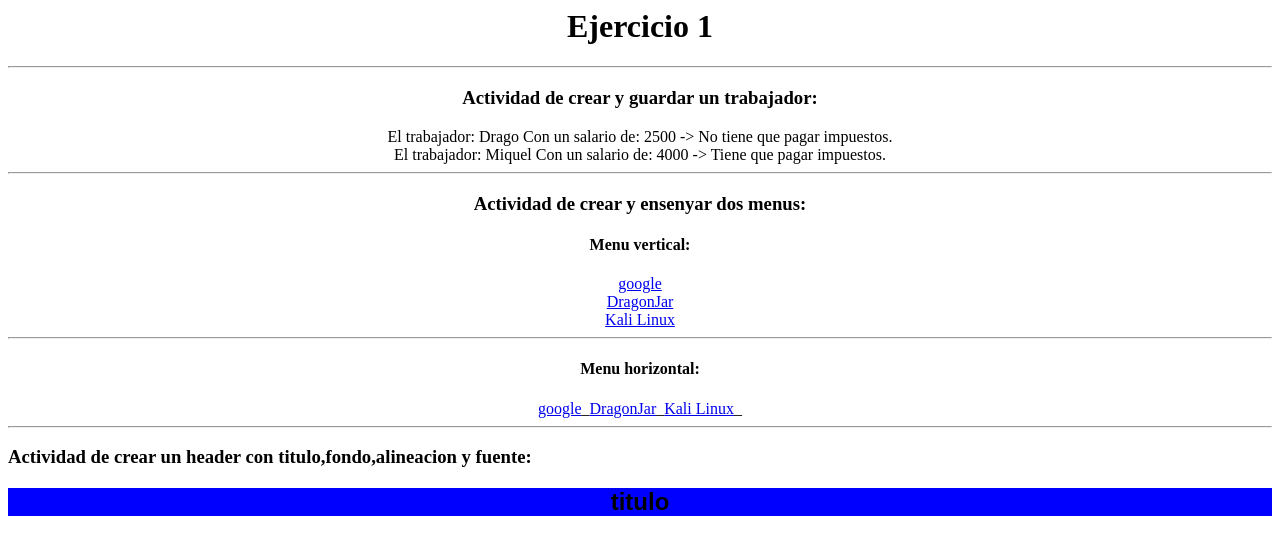
Repository: IlDragoDoro/atomClass
Page: http://localhost/ejercicio1.php
These files come from the project's save history. The page is drawn as it stood at one moment and after the next save; the edit follows.
The browser window is 1280 px wide. The pictures show the whole page.
The page is run by PHP 8.4 with error messages shown; the project is at /var/www/html/.

Above is the page before, as saved 2020-12-03 11:29:48.

### DWS/POO/ejercicio1.php
 <?php
echo "<center>";
// Creo la clase trabajador
class Trabajador
{

    // Creo los atributos:
    public $nombre = array();
    public $salario = array();

    public function guardar($nombre,$salario)
    {
        $this->nombre[] = $nombre;
        $this->salario[] = $salario;
    }

    public function mostrar()
    {
        for($i = 0; $i < count($this->nombre);$i++){
            $this->formato($this->nombre[$i], $this->salario[$i]);
        }

    }

    public function formato($nombre, $salario)
    {

        if ($salario < 3500) {
            echo "El trabajador: " . $nombre . " Con un salario de: " . $salario . " -> No tiene que pagar impuestos.<br>";
        } else {
            echo "El trabajador: " . $nombre . " Con un salario de: " . $salario . " -> Tiene que pagar impuestos.<br>";
        }
    }
}
echo "<h1>Ejercicio 1</h1>";
echo "<hr>";
echo "<h3>Actividad de crear y guardar un trabajador:</h3>";
$trabajador = new Trabajador(); // Creamos un trabajador
$trabajador->guardar("Drago", 2500);
$trabajador->guardar("Miquel", 4000);
$trabajador->mostrar();
echo "<hr>";

//-------------------------------------------------------------------------------------------------------------------------------
//Creo una clase navegar:
class navegar{
    private $enlaces=array();
    private $titulos=array();
//Creo la funcion para guardar las opciones
    public function guardar($enlace,$titulo){
        $this->enlaces[]=$enlace;
        $this->titulos[]=$titulo;
    }
//Creo la funcion para mostrar el men� horizontal
    public function horizontal(){
        for($i=0;$i<count($this->enlaces);$i++){
           echo '<a href="'.$this->enlaces[$i].'">'.$this->titulos[$i].'</a>' ;
           echo "_";
        }
    }
//Creo la funcion para mostrar el men� vertical
    public function vertical(){
        for($i=0;$i<count($this->enlaces);$i++){
            echo '<a href="'.$this->enlaces[$i].'">'.$this->titulos[$i].'</a>' ;
            echo "<br>";
        }
    }
}

//Creo el objeto menu
$navegar1=new Navegar();
//Guardo los atributos del objeto
$navegar1->guardar("www.google.es","google");
$navegar1->guardar("www.dragonjar.org","DragonJar");
$navegar1->guardar("www.kali.ork","Kali Linux");

//Muestro los dos menus:
echo "<h3>Actividad de crear y ensenyar dos menus:</h3> ";
echo "<h4>Menu vertical:</h4>";
$navegar1->vertical();
echo "<hr>";
echo "<h4>Menu horizontal:</h4>";
$navegar1->horizontal();
echo "<hr>";
echo "</center>";

class header{
    public $titulo = "";
    public $posicion = "";
    public $fondo = "";
    public $fuente = "";

    public function guardar($titulo,$posicion,$fondo,$fuente){
        $this->titulo=$titulo;
        $this->posicion=$posicion;
        $this->fondo=$fondo;
        $this->fuente=$fuente;
    }
    //Creo la función para mostrar el header
    public function mostrar(){
        echo '<h2 style="text-align:'.$this->posicion.';background-color:'.$this->fondo.';font-family:'.$this->fuente.';">'.$this->titulo.'</h2>';
    }
}

echo "<h3>Actividad de crear un header con titulo,fondo,alineacion y fuente:</h3>";
$header=new Header();
$header->guardar("titulo","center","blue","arial");
$header->mostrar();

?>

After the next save:
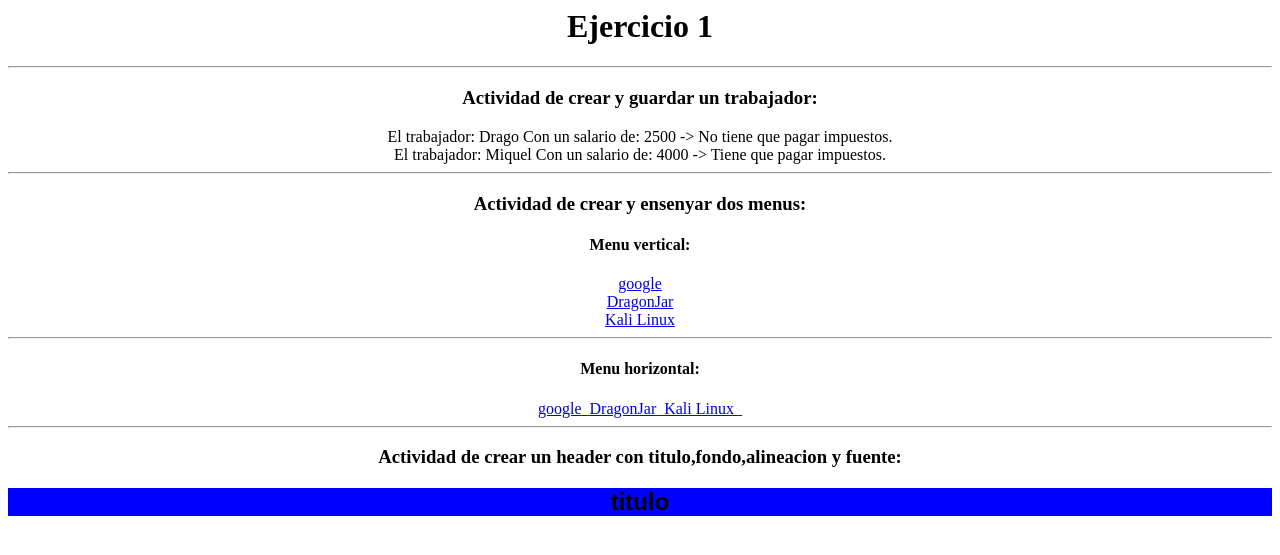
Saved 13 s later.
--- a/DWS/POO/ejercicio1.php
+++ b/DWS/POO/ejercicio1.php
@@ -82,7 +82,7 @@ echo "<hr>";
 echo "<h4>Menu horizontal:</h4>";
 $navegar1->horizontal();
 echo "<hr>";
-echo "</center>";
+
 
 class header{
     public $titulo = "";
@@ -103,6 +103,7 @@ class header{
 }
 
 echo "<h3>Actividad de crear un header con titulo,fondo,alineacion y fuente:</h3>";
+echo "</center>";
 $header=new Header();
 $header->guardar("titulo","center","blue","arial");
 $header->mostrar();
